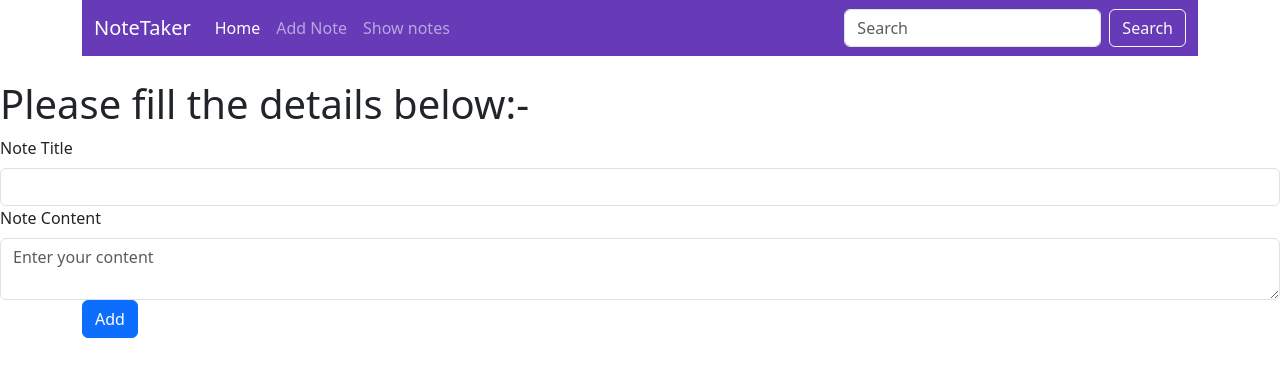
Repository: smritihbtu/Note-Maker
Page: http://localhost/NoteTaker/add_notes.jsp
The author's editor kept a copy of each file at every save. The page is drawn from the files as they stood at one save, then again after the next save.
The browser window is 1280 px wide. The pictures show the whole page.
The page is served by Tomcat 9. Other server files are loaded and not shown.

Above is the page before, as saved 2023-08-20 06:58:43.

### NoteTaker/src/main/webapp/add_notes.jsp
<%@ page language="java" contentType="text/html; charset=ISO-8859-1"
    pageEncoding="ISO-8859-1"%>
<!DOCTYPE html>
<html>
<head>
<meta charset="ISO-8859-1">
<meta charset="utf-8">
    <meta name="viewport" content="width=device-width, initial-scale=1">
    <title>Bootstrap demo</title>
    <link rel="stylesheet" href="css/style.css" />
  <link href="https://cdn.jsdelivr.net/npm/bootstrap@5.3.1/dist/css/bootstrap.min.css" rel="stylesheet" integrity="sha384-4bw+/aepP/YC94hEpVNVgiZdgIC5+VKNBQNGCHeKRQN+PtmoHDEXuppvnDJzQIu9" crossorigin="anonymous">

<title>Insert title here</title>
</head>
<body>
<div class="container">
<%@include file="navbar.jsp" %>
</div>
<br>
<h1>Please fill the details below:-</h1>

<!-- form added  -->

<form action="SaveNoteServlet" method="post" >
  <div class="form-group">
    <label for="title" class="form-label">Note Title</label>
    <input type="text" class="form-control" id="title" aria-describedby="emailHelp">
  </div>

  <div class="form-group">
    <label for="exampleInputPassword1" class="form-label">Note Content</label>
    <textarea id="content" placeholder= "Enter your content"
    class="form-control"></textarea>
  </div>
  <div class=container>
  <button type="submit" class="btn btn-primary">Add</button>
  </div>
</form>

</body>
</html>

### NoteTaker/src/main/webapp/navbar.jsp
<nav class="navbar navbar-expand-lg navbar-dark purple">
  <div class="container-fluid">
    <a class="navbar-brand" href="#">NoteTaker</a>
    <button class="navbar-toggler" type="button" data-bs-toggle="collapse" data-bs-target="#navbarSupportedContent" aria-controls="navbarSupportedContent" aria-expanded="false" aria-label="Toggle navigation">
      <span class="navbar-toggler-icon"></span>
    </button>
    <div class="collapse navbar-collapse" id="navbarSupportedContent">
      <ul class="navbar-nav me-auto mb-2 mb-lg-0">
        <li class="nav-item">
          <a class="nav-link active" aria-current="page" href="index.jsp">Home</a>
        </li>
        <li class="nav-item">
          <a class="nav-link" href="add_notes.jsp">Add Note</a>
        </li>

        <li class="nav-item">
          <a class="nav-link " href="all_notes.jsp">Show notes</a>
        </li>
      </ul>
      <form class="d-flex" role="search">
        <input class="form-control me-2" type="search" placeholder="Search" aria-label="Search">
        <button class="btn btn-outline-light" type="submit">Search</button>
      </form>
    </div>
  </div>
</nav>
</html>

### NoteTaker/src/main/webapp/css/style.css
.purple{
	background :#673ab7;
}
/* .container{
	background-color: red;
} */

After the next save:
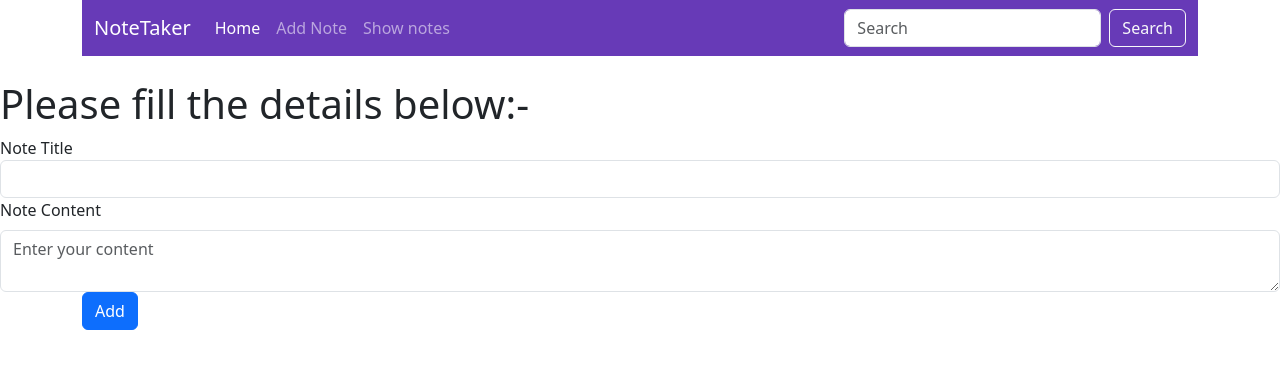
Saved 69 s later.
--- a/NoteTaker/src/main/webapp/add_notes.jsp
+++ b/NoteTaker/src/main/webapp/add_notes.jsp
@@ -23,7 +23,7 @@
 
 <form action="SaveNoteServlet" method="post" >
   <div class="form-group">
-    <label for="title" class="form-label">Note Title</label>
+    <label for="title" >Note Title</label>
     <input type="text" class="form-control" id="title" aria-describedby="emailHelp">
   </div>
 
